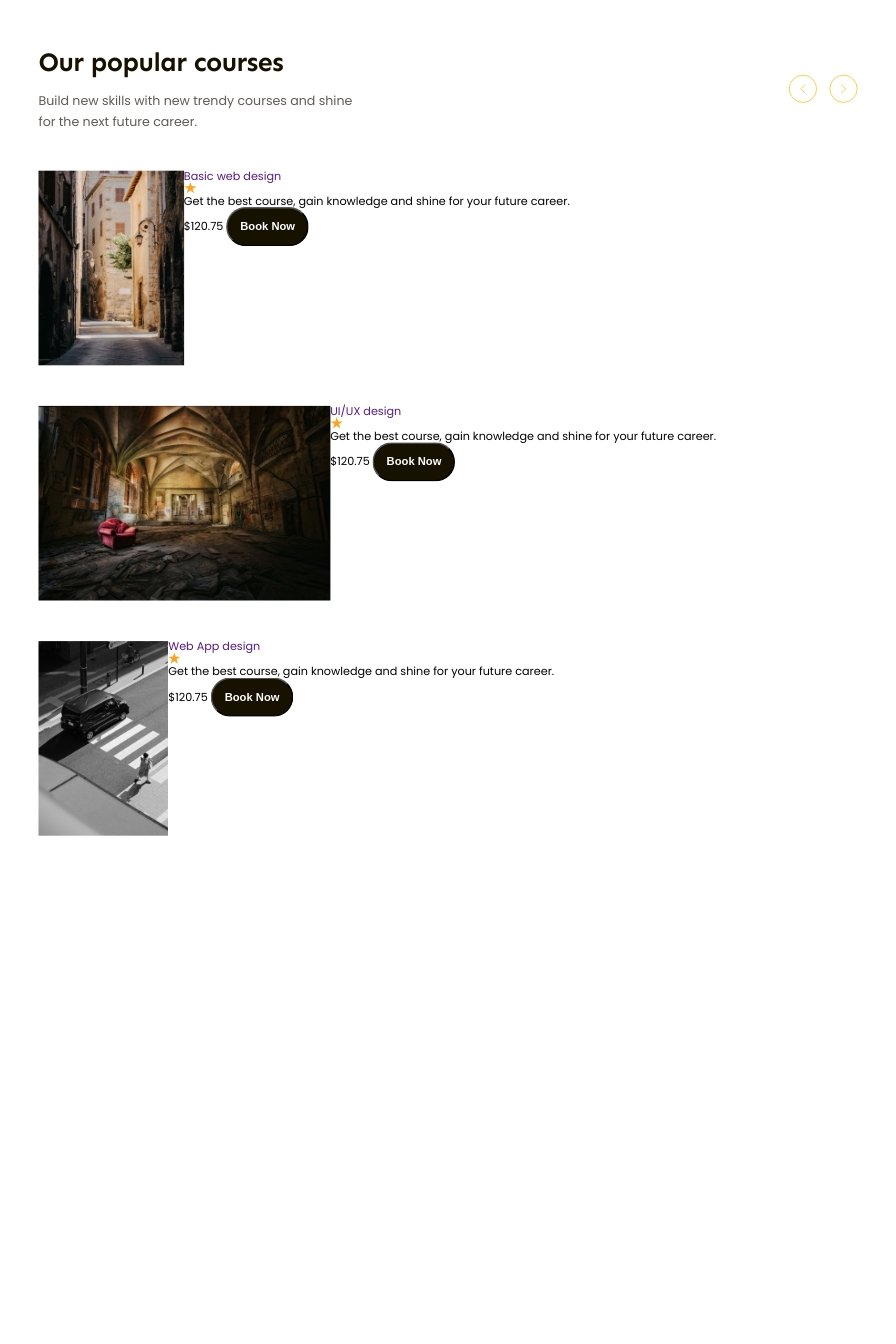
Repository: empty24062002/f8-htmlcss-02-pratice
Page: index.html
An editor plug-in stored every save of this project. The page is shown before and after the next save, followed by the edit.
The browser window is 1280 px wide. The pictures show the part of the page from y = 1007 to 2927 px (the page is 5187 px tall), at 70% of full size.
A picture or video elsewhere on the page could not be fetched, so the positions and the page height are approximate.

Above is the page before, as saved 2023-07-19 07:39:01.

### index.html
<!DOCTYPE html>
<html lang="en">
    <head>
        <meta charset="UTF-8" />
        <meta name="viewport" content="width=device-width, initial-scale=1.0" />
        <title>F8 Project 02 Practice</title>
        <!-- Reset CSS -->
        <link rel="stylesheet" href="./assets/css/reset.css" />
        <!-- Embed font -->
        <link rel="preconnect" href="https://fonts.googleapis.com" />
        <link rel="preconnect" href="https://fonts.gstatic.com" crossorigin />
        <link
            href="https://fonts.googleapis.com/css2?family=Poppins:wght@400;500;600;700&family=Sen:wght@700&display=swap"
            rel="stylesheet"
        />
        <link rel="stylesheet" href="./assets/css/styles.css" />
    </head>
    <body>
        <!-- Header -->
        <header class="header fixed">
            <div class="main-content">
                <div class="body">
                    <img
                        src="./assets/img/logo.svg"
                        alt="lesson."
                        class="logo"
                    />
                    <!-- nav -->
                    <nav class="nav">
                        <ul>
                            <li class="active">
                                <a href="#!">Home</a>
                            </li>
                            <li>
                                <a href="#!">Courses</a>
                            </li>
                            <li>
                                <a href="#!">Pricing</a>
                            </li>
                            <li>
                                <a href="#!">Reviews</a>
                            </li>
                        </ul>
                    </nav>
                    <!-- Action -->
                    <div class="action">
                        <a href="#!" class="btn sign-up-btn">Sign Up</a>
                    </div>
                </div>
            </div>
        </header>
        <main style="height: 5000px">
            <!-- hero -->
            <div class="hero">
                <div class="main-content">
                    <div class="hero-body">
                        <!-- Hero left -->
                        <div class="media-block">
                            <img
                                src="./assets/img/hero-media.jpg"
                                alt="Learn without limits and spread knowledge."
                                class="img"
                            />
                            <div class="hero-summary">
                                <!-- Item 1 -->
                                <div class="item">
                                    <div class="icon">
                                        <img
                                            src="./assets/icons/icon1.svg"
                                            alt=""
                                        />
                                    </div>
                                    <div class="info">
                                        <p class="lable">20 Courses</p>
                                        <p class="title">UI/UX Design</p>
                                    </div>
                                </div>
                                <!-- Item 2 -->
                                <div class="item">
                                    <div class="icon">
                                        <img
                                            src="./assets/icons/icon2.svg"
                                            alt=""
                                        />
                                    </div>
                                    <div class="info">
                                        <p class="lable">20 Courses</p>
                                        <p class="title">Development</p>
                                    </div>
                                </div>
                                <!-- Item 3 -->
                                <div class="item">
                                    <div class="icon">
                                        <img
                                            src="./assets/icons/icon 3.svg"
                                            alt=""
                                        />
                                    </div>
                                    <div class="info">
                                        <p class="lable">30 Courses</p>
                                        <p class="title">Marketing</p>
                                    </div>
                                </div>
                            </div>
                        </div>
                        <!-- Hero right -->
                        <div class="content-block">
                            <h1 class="heading lv1">
                                Learn without limits and spread knowledge.
                            </h1>
                            <p class="desc">
                                Build new skills for that “this is my year”
                                feeling with courses, certificates, and degrees
                                from world-class universities and companies.
                            </p>
                            <div class="cta-group">
                                <a href="" class="btn cta-btn">See Courses</a>
                                <button class="watch-video">
                                    <div class="icon">
                                        <img
                                            src="./assets/icons/watch-video.svg"
                                            alt=""
                                        />
                                    </div>
                                    <span>Watch video</span>
                                </button>
                            </div>
                            <p class="desc">Recent engagement</p>
                            <p class="desc stats">
                                <strong>50K</strong> Students
                                <strong>70+</strong> Courses
                            </p>
                        </div>
                    </div>
                </div>
            </div>
            <!-- Popular -->
            <div class="popular">
                <div class="main-content">
                    <div class="popular-top">
                        <div class="info">
                            <h2 class="heading lv2">Our popular courses</h2>
                            <p class="desc">
                                Build new skills with new trendy courses and
                                shine for the next future career.
                            </p>
                        </div>
                        <div class="controls">
                            <button class="control-btn">
                                <svg
                                    width="8"
                                    height="14"
                                    viewBox="0 0 8 14"
                                    fill="none"
                                    xmlns="http://www.w3.org/2000/svg"
                                >
                                    <path
                                        d="M7 1L1 7L7 13"
                                        stroke="currentColor"
                                        stroke-linecap="round"
                                        stroke-linejoin="round"
                                    />
                                </svg>
                            </button>
                            <button class="control-btn">
                                <svg
                                    width="8"
                                    height="14"
                                    viewBox="0 0 8 14"
                                    fill="none"
                                    xmlns="http://www.w3.org/2000/svg"
                                >
                                    <path
                                        d="M1 1L7 7L1 13"
                                        stroke="currentColor"
                                        stroke-linecap="round"
                                        stroke-linejoin="round"
                                    />
                                </svg>
                            </button>
                        </div>
                    </div>
                    <div class="popular-course-list">
                        <!-- Item 1 -->
                        <div class="course-item">
                            <a href="">
                                <img
                                    src="./assets/img/popular-1.jpg"
                                    alt=""
                                    class="thumb"
                                />
                            </a>
                            <div class="info">
                                <div class="head">
                                    <h3 class="title">
                                        <a href="">Basic web design</a>
                                    </h3>
                                    <div class="rating">
                                        <img
                                            src="./assets/icons/star.svg"
                                            alt=""
                                            class="star"
                                        />
                                    </div>
                                    <p class="desc">
                                        Get the best course, gain knowledge and
                                        shine for your future career.
                                    </p>
                                    <span class="price">$120.75</span>
                                    <button class="btn">Book Now</button>
                                </div>
                            </div>
                        </div>
                        <!-- Item 2 -->
                        <div class="course-item">
                            <a href="">
                                <img
                                    src="./assets/img/popular-2.jpg"
                                    alt=""
                                    class="thumb"
                                />
                            </a>
                            <div class="info">
                                <div class="head">
                                    <h3 class="title">
                                        <a href="">UI/UX design</a>
                                    </h3>
                                    <div class="rating">
                                        <img
                                            src="./assets/icons/star.svg"
                                            alt=""
                                            class="star"
                                        />
                                    </div>
                                    <p class="desc">
                                        Get the best course, gain knowledge and
                                        shine for your future career.
                                    </p>
                                    <span class="price">$120.75</span>
                                    <button class="btn">Book Now</button>
                                </div>
                            </div>
                        </div>
                        <!-- Item 3 -->
                        <div class="course-item">
                            <a href="">
                                <img
                                    src="./assets/img/popular-3.jpg"
                                    alt=""
                                    class="thumb"
                                />
                            </a>
                            <div class="info">
                                <div class="head">
                                    <h3 class="title">
                                        <a href="">Web App design</a>
                                    </h3>
                                    <div class="rating">
                                        <img
                                            src="./assets/icons/star.svg"
                                            alt=""
                                            class="star"
                                        />
                                    </div>
                                    <p class="desc">
                                        Get the best course, gain knowledge and
                                        shine for your future career.
                                    </p>
                                    <span class="price">$120.75</span>
                                    <button class="btn">Book Now</button>
                                </div>
                            </div>
                        </div>
                    </div>
                </div>
            </div>
        </main>
    </body>
</html>

### assets/css/styles.css
* {
    box-sizing: border-box;
}

:root {
    --font-heading: Sen, sans-serif;
    --primary-color: #ffb900;
    --secondary-color: #171100;
}

html {
    font-size: 62.5%;
}

body {
    font-size: 1.6rem;
    font-family: "Poppins", sans-serif;
}

/* Common */
a {
    text-decoration: none;
}

.main-content {
    width: 1170px;
    max-width: calc(100% - 48px);
    margin-left: auto;
    margin-right: auto;
}

.btn {
    display: inline-block;
    width: 118px;
    line-height: 50px;
    font-size: 1.6rem;
    font-weight: 600;
    text-align: center;
    color: #ffffff;
    background: var(--secondary-color);
    border-radius: 999px;
}

.btn:hover {
    opacity: 0.9;
    cursor: pointer;
}

.heading {
    color: var(--secondary-color);
    font-family: var(--font-heading);
    font-size: 5.8rem;
    letter-spacing: -0.02em;
}

.heading.lv1 {
    font-weight: 700;
    line-height: 1.17;
}
.heading.lv2 {
    font-size: 3.8rem;
    line-height: 1.26;
}

/* Header */
.header {
    padding: 56px 0 65px;
    background: #fffcf4;
}

.header.fixed {
    position: sticky;
    margin-top: -28px;
}

.header .body {
    display: flex;
    align-items: center;
    padding: 36px 0 8px;
}

.nav {
    margin-left: auto;
}

.nav ul {
    display: flex;
}

.nav a {
    position: relative;
    padding: 8px 21px;
    font-size: 1.6rem;
    font-weight: 400;
    color: var(--secondary-color);
}

.nav a:hover,
.nav li.active a {
    text-shadow: 1px 0 0 currentColor;
    color: var(--secondary-color);
}

.nav li.active a::after {
    position: absolute;
    left: 21px;
    bottom: 6px;
    content: "";
    display: block;
    width: 12px;
    height: 2px;
    border-radius: 1px;
    background-color: var(--secondary-color);
}

.header .sign-up-btn {
    min-width: 144px;
    border-radius: 25px;
}

.header .action {
    margin-left: 49px;
}

/* Hero */
.hero {
    background: #fffcf4;
    padding-top: 64px 0 65px;
}

.hero .hero-body {
    display: flex;
}

/* hero left */
.hero .media-block {
    width: 48%;
    position: relative;
}

.hero .media-block .img {
    width: 470px;
    height: 685px;
    object-fit: cover;
    border-radius: 20px;
    vertical-align: bottom;
}

.hero-summary {
    position: absolute;
    padding: 24px 28px;
    bottom: 48px;
    right: 0;
    width: 270px;
    border-radius: 12px;
    background-color: #ffffff;
    box-shadow: 0px 16px 32px 0px #0000000d;
}

.hero-summary .item {
    display: flex;
    align-items: center;
}

.hero-summary .item + .item {
    margin-top: 22px;
}

.hero-summary .icon {
    display: flex;
    align-items: center;
    justify-content: center;
    width: 48px;
    height: 48px;
    background-color: #fff9e8;
    border-radius: 50%;
}

.hero-summary .item:nth-of-type(2) .icon {
    background: #fcefff;
}
.hero-summary .item:nth-of-type(3) .icon {
    background: #ebeaff;
}

.hero-summary .info {
    margin-left: 16px;
}

.hero-summary .lable {
    color: #5f5b53;
    font-size: 1.4rem;
    font-weight: 400;
    line-height: 1.85;
}

.hero-summary .title {
    color: var(--secondary-color);
    font-size: 1.8rem;
    font-weight: 600;
    line-height: 1.66;
}
/* Hero right */
.hero .content-block {
    width: 52%;
    padding: 64px 0 0 130px;
}

.hero .desc {
    margin-top: 22px;
    color: #5f5b53;
    font-size: 1.8rem;
    font-weight: 400;
    line-height: 1.66;
}

.hero .cta-group {
    display: flex;
    align-items: center;
    margin: 38px 0 48px;
}

.hero .cta-btn {
    min-width: 180px;
    line-height: 64px;
    background-color: var(--primary-color);
}

.hero .watch-video {
    display: flex;
    justify-content: center;
    align-items: center;
    margin-left: 28px;
    border: none;
    background-color: transparent;
}

.hero .watch-video .icon {
    display: flex;
    align-items: center;
    justify-content: center;
    width: 40px;
    height: 40px;
    border-radius: 50%;
    background-color: #ffffff;
    box-shadow: 0px 8px 16px 0px #00000012;
}

.hero .watch-video span {
    margin-left: 14px;
    color: var(--secondary-color);
    font-size: 1.8rem;
    font-weight: 600;
    line-height: 1.66;
}

.hero .stats {
    margin: 8px 0 0 -28px;
}

.hero .stats strong {
    padding: 0 8px 0 28px;
    color: var(--secondary-color);
    font-family: var(--font-heading);
    font-size: 4.4rem;
    font-weight: 700;
    line-height: 1.22;
}
/* Popular */
.popular {
    padding: 65px 0;
    margin-top: 135px;
}

.popular-top {
    display: flex;
    justify-content: space-between;
    align-items: center;
}

.popular-top .desc {
    width: 458px;
    margin-top: 16px;
    color: #5f5b53;
    font-size: 1.8rem;
    font-weight: 400;
    line-height: 1.66;
}

.popular-top .controls {
    display: flex;
    gap: 18px;
}

.popular-top .control-btn {
    display: flex;
    justify-content: center;
    align-items: center;
    width: 40px;
    height: 40px;
    color: var(--primary-color);
    border: 1px solid var(--primary-color);
    border-radius: 50%;
    background-color: transparent;
    cursor: pointer;
}

.popular-top .control-btn:hover {
    color: #fff9e8;
    background-color: var(--primary-color);
}

.popular .course-item {
    display: flex;
    flex: 1;
    margin-top: 55px;
}

.popular .course-item .thumb {
    width: 100%;
    height: 278px;
}

Loaded but not shown: assets/css/reset.css (common file)

After the next save:
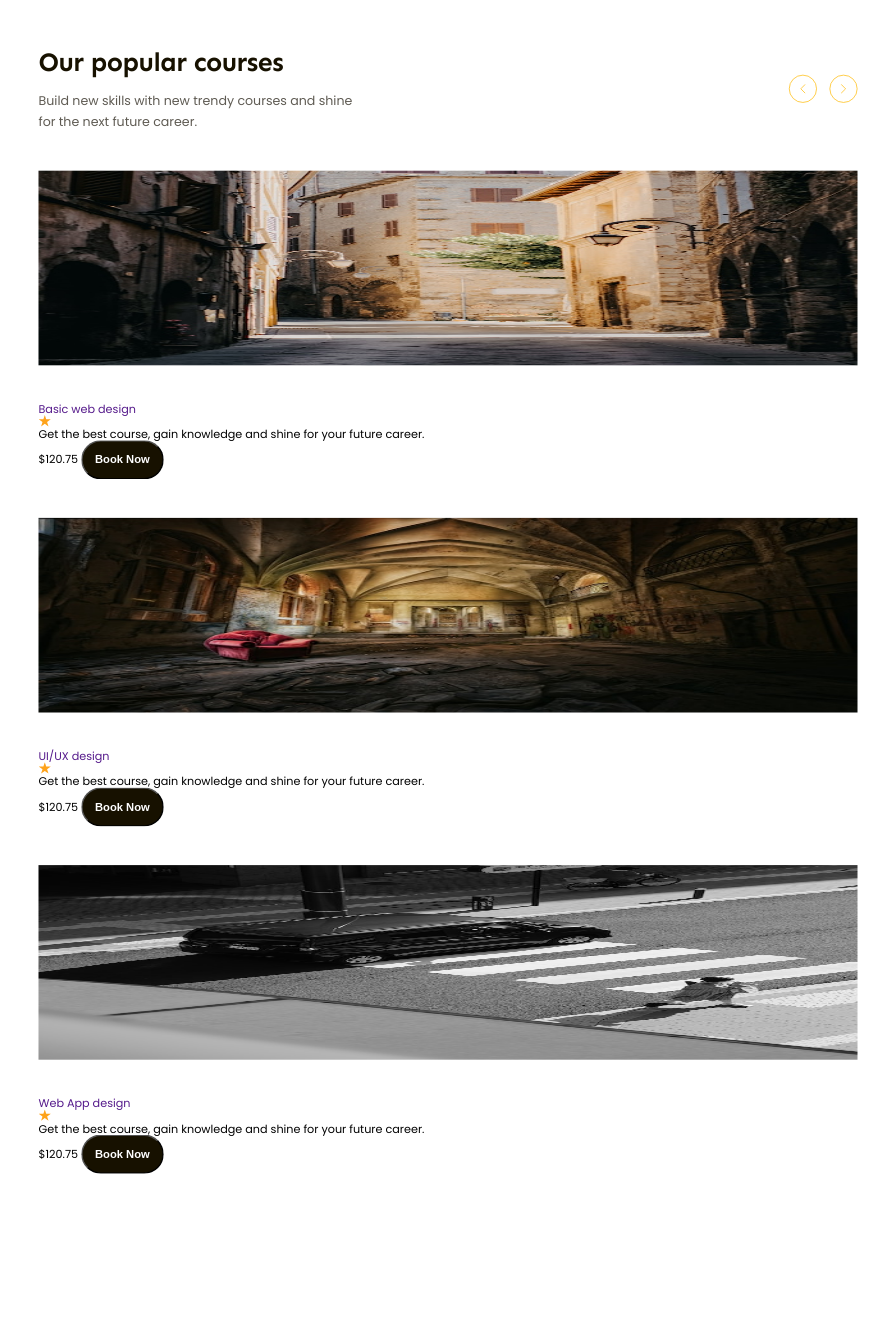
Saved 33 s later.
--- a/assets/css/styles.css
+++ b/assets/css/styles.css
@@ -310,7 +310,7 @@
     background-color: var(--primary-color);
 }
 
-.popular .course-item {
+.popular .course-item a {
     display: flex;
     flex: 1;
     margin-top: 55px;
